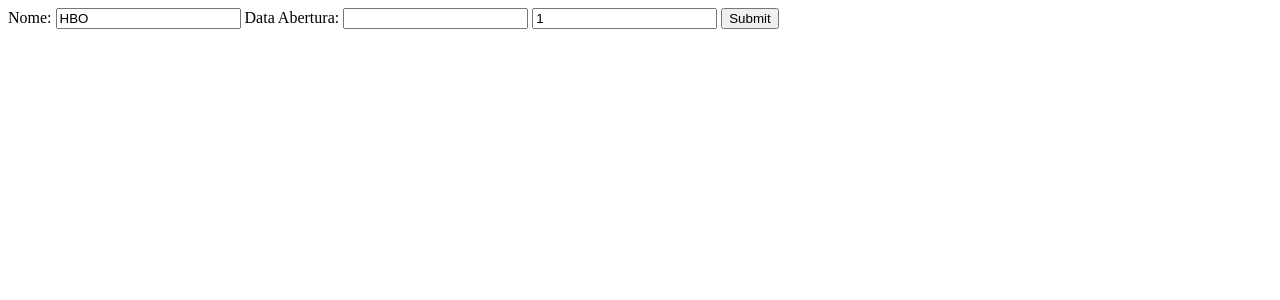
Repository: renanffdsouza/crud-java-servlet
Page: http://localhost/gerenciador/mostrarEmpresa?id=1
The author's editor kept a copy of each file at every save. The page is drawn from the files as they stood at one save, then again after the next save.
The browser window is 1280 px wide. The pictures show the whole page.
The page is served by Tomcat 9. Other server files are loaded and not shown.

Above is the page before, as saved 2022-02-13 20:30:33.

### gerenciador/src/main/webapp/formAlteraEmpresa.jsp
<%@ taglib uri="http://java.sun.com/jsp/jstl/core" prefix="c" %>
<%@ taglib uri="http://java.sun.com/jsp/jstl/fmt" prefix="fmt" %>

<c:url value="/alteraEmpresa" var="linkServletNovaEmpresa"></c:url>


<!DOCTYPE html>
<html>
<head>
<meta charset="ISO-8859-1">
<title>Insert title here</title>
</head>
<body>
	<form action="${linkServletNovaEmpresa }" method="post" >
		Nome: <input type = "text" name = "nome" value ="${empresa.nome }"/>
		Data Abertura: <input type = "text" name = "data" value ="<fmt:formatDate value="${empresa.dataAbertura }" pattern="dd/MM/yyyy"/>"/>
		<input type="text" name="id" value="${empresa.id }">
		<input type = "submit">
	</form>
</body>
</html>

### gerenciador/src/main/java/br/com/renan/gerenciador/servlet/MostraEmpresaServlet.java
package br.com.renan.gerenciador.servlet;

import java.io.IOException;

import javax.servlet.RequestDispatcher;
import javax.servlet.ServletException;
import javax.servlet.annotation.WebServlet;
import javax.servlet.http.HttpServlet;
import javax.servlet.http.HttpServletRequest;
import javax.servlet.http.HttpServletResponse;

@WebServlet("/mostrarEmpresa")
public class MostraEmpresaServlet extends HttpServlet {
	private static final long serialVersionUID = 1L;

	protected void doGet(HttpServletRequest request, HttpServletResponse response) throws ServletException, IOException {
		String paramId = request.getParameter("id");
		Integer id = Integer.valueOf(paramId);

		Banco banco = new Banco();

		Empresa empresa = banco.buscaEmpresaPeloId(id);

		request.setAttribute("empresa", empresa);
		RequestDispatcher rd = request.getRequestDispatcher("/formAlteraEmpresa.jsp");
		rd.forward(request, response);
	}

}

### gerenciador/src/main/java/br/com/renan/gerenciador/servlet/modelo/copy/Banco.java
package br.com.renan.gerenciador.servlet;

import java.util.ArrayList;
import java.util.Iterator;
import java.util.List;

import org.eclipse.jdt.internal.compiler.ast.WhileStatement;

public class Banco {
	private static List<Empresa> lista = new ArrayList<Empresa>();
	private static Integer chaveSequencial = 1;

	static {
		Empresa empresa = new Empresa();
		empresa.setId(chaveSequencial++);
		empresa.setNome("HBO");

		Empresa empresa2 = new Empresa();
		empresa2.setId(chaveSequencial++);
		empresa2.setNome("Americanas");

		lista.add(empresa);
		lista.add(empresa2);
	}

	public void adiciona(Empresa empresa) {
		empresa.setId(Banco.chaveSequencial++);
		lista.add(empresa);
	}

	public List<Empresa> getEmpresa() {
		return Banco.lista;
	}

	public void removeEmpresa(Integer id) {

		Iterator<Empresa> it = lista.iterator();

		while (it.hasNext()) {
			Empresa emp = it.next();
			if (emp.getId() == id) {
				it.remove();
			}
		}

	}

	public Empresa buscaEmpresaPeloId(Integer id) {
		for (Empresa empresa : lista) {
			if (empresa.getId() == id) {
				return empresa;
			}

		}
		return null;
	}

}

### gerenciador/src/main/java/br/com/renan/gerenciador/servlet/modelo/copy/Empresa.java
package br.com.renan.gerenciador.servlet;

import java.util.Date;

public class Empresa {
	private String nome;
	private Integer id;
	private Date dataAbertura;

	public String getNome() {
		return nome;
	}

	public void setNome(String nome) {
		this.nome = nome;
	}

	public Integer getId() {
		return id;
	}

	public void setId(Integer id) {
		this.id = id;
	}

	public Date getDataAbertura() {
		return dataAbertura;
	}

	public void setDataAbertura(Date dataAbertura) {
		this.dataAbertura = dataAbertura;
	}

}

After the next save:
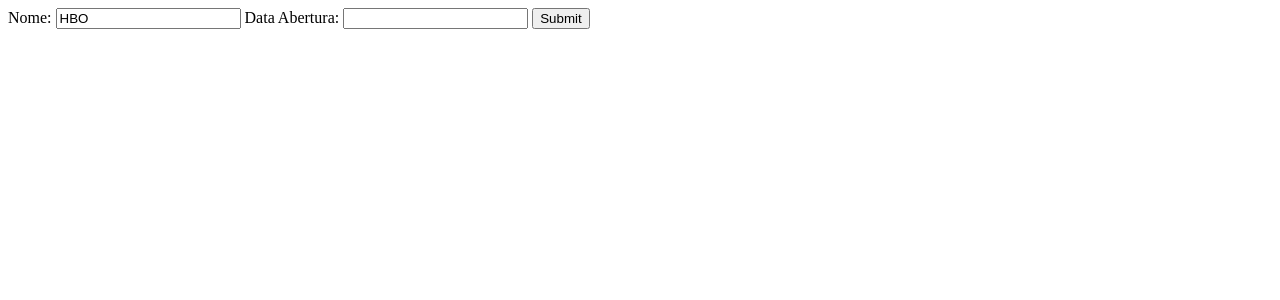
Saved 99 s later.
--- a/gerenciador/src/main/webapp/formAlteraEmpresa.jsp
+++ b/gerenciador/src/main/webapp/formAlteraEmpresa.jsp
@@ -14,7 +14,7 @@
 	<form action="${linkServletNovaEmpresa }" method="post" >
 		Nome: <input type = "text" name = "nome" value ="${empresa.nome }"/>
 		Data Abertura: <input type = "text" name = "data" value ="<fmt:formatDate value="${empresa.dataAbertura }" pattern="dd/MM/yyyy"/>"/>
-		<input type="text" name="id" value="${empresa.id }">
+		<input type="hidden" name="id" value="${empresa.id }">
 		<input type = "submit">
 	</form>
 </body>
